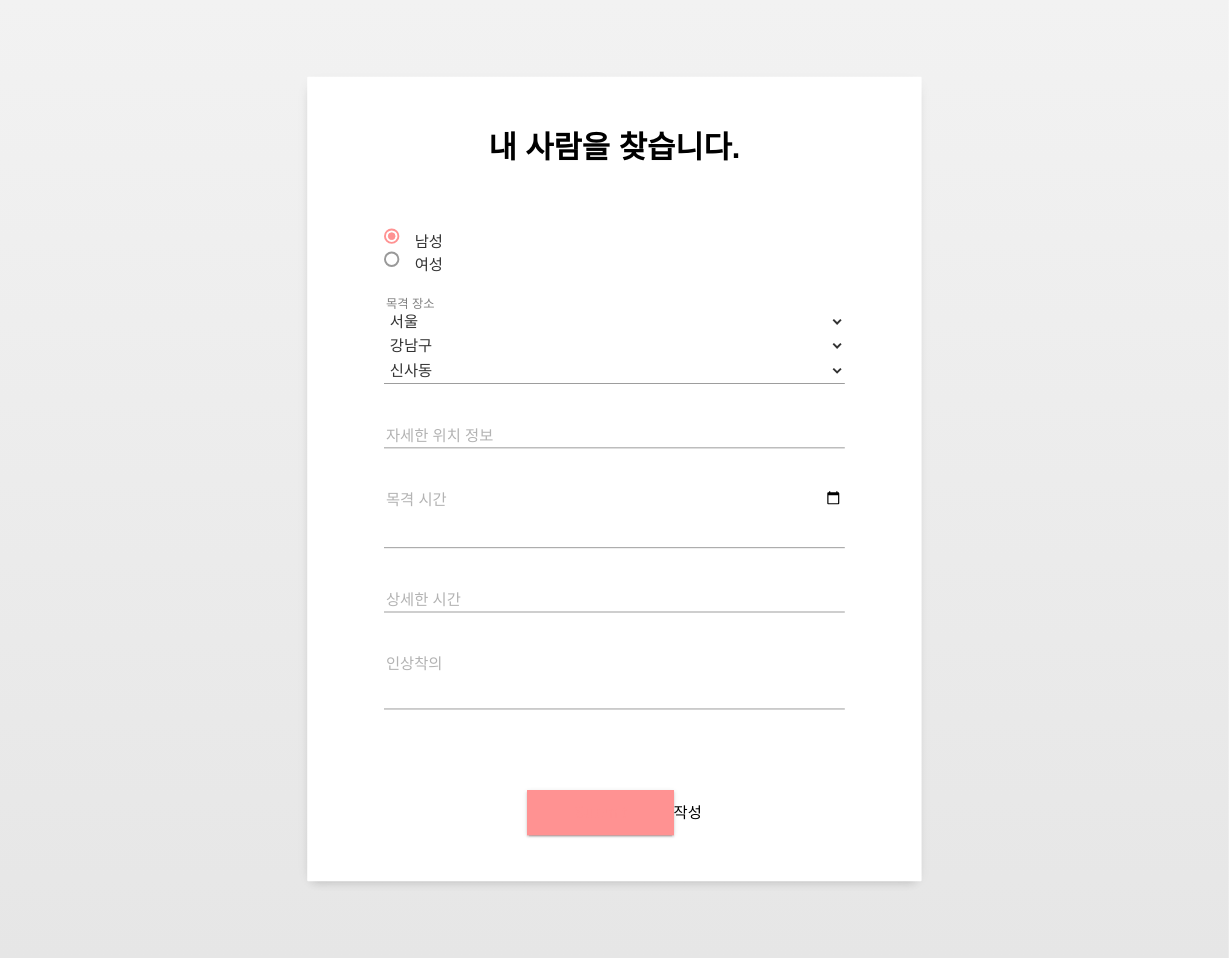
Repository: loone96/sendmylove
Page: sendMyLove1.0/src/main/webapp/board.html
An editor plug-in stored every save of this project. The page is shown before and after the next save, followed by the edit.
The browser window is 1280 px wide. The pictures show the whole page, at 96% of full size.
Some web fonts or font styles are not loaded; a fallback is used.

Above is the page before, as saved 2020-06-23 01:47:01.

### sendMyLove1.0/src/main/webapp/board.html
<!DOCTYPE html>
<html lang="en">

<head>
<meta charset="UTF-8">
<meta name="viewport" content="width=device-width, initial-scale=1.0">
<title>Document</title>
<link rel="stylesheet" href="css/board.css">
<link rel="stylesheet" href="https://cdnjs.cloudflare.com/ajax/libs/font-awesome/4.7.0/css/font-awesome.css"/>
</head>

<body>
<div class="container">
        <form action="insertBoard" method="post">
            <h1>내 사람을 찾습니다.</h1>
            <div class="form-radio">
                <div class="radio">
                    <label>
                        <input type="radio" name="gender" value="남성" checked="checked" /><i class="helper"></i>남성
                    </label>

                    <label>
                        <input type="radio" name="gender" value="여성"/><i class="helper"></i>여성
                    </label>
                </div>
            </div>


            <div class="form-group">

                <select name="sido" id="sido">
                    <option value="">-시도-</option>
                </select>
                <select name="gugun" id="gugun">
                    <option value="">-구군-</option>
                </select>
                <select name="dong" id="dong">
                    <option value="">-동-</option>
                </select>

                <label for="select" class="control-label">목격 장소</label><i class="bar"></i>
            </div>


            <div class="form-group">
                <input type="text" name="loc" required="required" />
                <label for="input" class="control-label">자세한 위치 정보</label><i class="bar"></i>
            </div>

            <div class="form-group">
                <input name="date" class="form-group" type="date" placeholder="Date" required name="date" value="2020-01-01T00:00">
                <label for="input" class="control-label">목격 시간</label><i class="bar"></i>
            </div>

            <div class="form-group">
                <input name="detailtime" type="text" required="required" />
                <label for="input" class="control-label">상세한 시간</label><i class="bar"></i>
            </div>


            <div class="form-group">
                <textarea required="required" name="detail"></textarea>
                <label for="textarea" class="control-label">인상착의</label><i class="bar"></i>
            </div>
            <div class="button-container">
                <input type="submit" class="button" onclick="location.href='insertBoard'"><span>작성</span></button>
            </div>
        </form>
    </div>

</body>
<script src="js/sojaeji.js"></script>

<script>
    sojaeji('서울', '강남구', '신사동');
</script>

</html>

### sendMyLove1.0/src/main/webapp/css/board.css
@font-face { font-family: 'Cafe24Oneprettynight'; src: url('https://cdn.jsdelivr.net/gh/projectnoonnu/noonfonts_twelve@1.1/Cafe24Oneprettynight.woff') format('woff'); font-weight: normal; font-style: normal; }
@import url(https://fonts.googleapis.com/css?family=Roboto);
body,
input,
select,
textarea,
body * {
  font-family: 'Cafe24Oneprettynight', sans-serif;
  box-sizing: border-box;
}
body::after, body::before,
input::after,
input::before,
select::after,
select::before,
textarea::after,
textarea::before,
body *::after,
body *::before {
  box-sizing: border-box;
}

body {
  background-image: -webkit-linear-gradient(top, #f2f2f2, #e6e6e6);
  background-image: linear-gradient(top, #f2f2f2, #e6e6e6);
}

h1 {
  font-size: 2rem;
  text-align: center;
  margin: 0 0 2em;
}

.container {
  position: relative;
  max-width: 40rem;
  margin: 5rem auto;
  background: #fff;
  width: 100%;
  padding: 3rem 5rem 0;
  border-radius: 1px;
}
.container::before {
  content: '';
  position: absolute;
  top: 0;
  left: 0;
  right: 0;
  bottom: 0;
  box-shadow: 0 8px 10px 1px rgba(0, 0, 0, 0.14), 0 3px 14px 2px rgba(0, 0, 0, 0.12), 0 5px 5px -3px rgba(0, 0, 0, 0.2);
  -webkit-transform: scale(0.98);
          transform: scale(0.98);
  -webkit-transition: -webkit-transform 0.28s ease-in-out;
  transition: -webkit-transform 0.28s ease-in-out;
  transition: transform 0.28s ease-in-out;
  transition: transform 0.28s ease-in-out, -webkit-transform 0.28s ease-in-out;
  z-index: -1;
}
.container:hover::before {
  -webkit-transform: scale(1);
          transform: scale(1);
}

.button-container {
  text-align: center;
}

fieldset {
  margin: 0 0 3rem;
  padding: 0;
  border: none;
}

.form-radio,
.form-group {
  position: relative;
  margin-top: 2.25rem;
  margin-bottom: 2.25rem;
}

.form-inline > .form-group,
.form-inline > .btn {
  display: inline-block;
  margin-bottom: 0;
}

.form-help {
  margin-top: 0.125rem;
  margin-left: 0.125rem;
  color: #b3b3b3;
  font-size: 0.8rem;
}
.checkbox .form-help, .form-radio .form-help, .form-group .form-help {
  position: absolute;
  width: 100%;
}
.checkbox .form-help {
  position: relative;
  margin-bottom: 1rem;
}
.form-radio .form-help {
  padding-top: 0.25rem;
  margin-top: -1rem;
}

.form-group input {
  height: 1.9rem;
}
.form-group textarea {
  resize: none;
}
.form-group select {
  width: 100%;
  font-size: 1rem;
  height: 1.6rem;
  padding: 0.125rem 0.125rem 0.0625rem;
  background: none;
  border: none;
  line-height: 1.6;
  box-shadow: none;
}
.form-group .control-label {
  position: absolute;
  top: 0.25rem;
  pointer-events: none;
  padding-left: 0.125rem;
  z-index: 1;
  color: #b3b3b3;
  font-size: 1rem;
  font-weight: normal;
  -webkit-transition: all 0.28s ease;
  transition: all 0.28s ease;
}
.form-group .bar {
  position: relative;
  border-bottom: 0.0625rem solid #999;
  display: block;
}
.form-group .bar::before {
  content: '';
  height: 0.125rem;
  width: 0;
  left: 50%;
  bottom: -0.0625rem;
  position: absolute;
  background: #ff9292;
  -webkit-transition: left 0.28s ease, width 0.28s ease;
  transition: left 0.28s ease, width 0.28s ease;
  z-index: 2;
}
.form-group input,
.form-group textarea {
  display: block;
  background: none;
  padding: 0.125rem 0.125rem 0.0625rem;
  font-size: 1rem;
  border-width: 0;
  border-color: transparent;
  line-height: 1.9;
  width: 100%;
  color: transparent;
  -webkit-transition: all 0.28s ease;
  transition: all 0.28s ease;
  box-shadow: none;
}
.form-group input[type="file"] {
  line-height: 1;
}
.form-group input[type="file"] ~ .bar {
  display: none;
}
.form-group select,
.form-group input:focus,
.form-group input:valid,
.form-group input.form-file,
.form-group input.has-value,
.form-group textarea:focus,
.form-group textarea:valid,
.form-group textarea.form-file,
.form-group textarea.has-value {
  color: #333;
}
.form-group select ~ .control-label,
.form-group input:focus ~ .control-label,
.form-group input:valid ~ .control-label,
.form-group input.form-file ~ .control-label,
.form-group input.has-value ~ .control-label,
.form-group textarea:focus ~ .control-label,
.form-group textarea:valid ~ .control-label,
.form-group textarea.form-file ~ .control-label,
.form-group textarea.has-value ~ .control-label {
  font-size: 0.8rem;
  color: gray;
  top: -1rem;
  left: 0;
}
.form-group select:focus,
.form-group input:focus,
.form-group textarea:focus {
  outline: none;
}
.form-group select:focus ~ .control-label,
.form-group input:focus ~ .control-label,
.form-group textarea:focus ~ .control-label {
  color: #ff9292;
}
.form-group select:focus ~ .bar::before,
.form-group input:focus ~ .bar::before,
.form-group textarea:focus ~ .bar::before {
  width: 100%;
  left: 0;
}

.checkbox label,
.form-radio label {
  position: relative;
  cursor: pointer;
  padding-left: 2rem;
  text-align: left;
  color: #333;
  display: block;
}
.checkbox input,
.form-radio input {
  width: auto;
  opacity: 0.00000001;
  position: absolute;
  left: 0;
}

.radio {
  margin-bottom: 1rem;
}
.radio .helper {
  position: absolute;
  top: -0.25rem;
  left: -0.25rem;
  cursor: pointer;
  display: block;
  font-size: 1rem;
  -webkit-user-select: none;
     -moz-user-select: none;
      -ms-user-select: none;
          user-select: none;
  color: #999;
}
.radio .helper::before, .radio .helper::after {
  content: '';
  position: absolute;
  left: 0;
  top: 0;
  margin: 0.25rem;
  width: 1rem;
  height: 1rem;
  -webkit-transition: -webkit-transform 0.28s ease;
  transition: -webkit-transform 0.28s ease;
  transition: transform 0.28s ease;
  transition: transform 0.28s ease, -webkit-transform 0.28s ease;
  border-radius: 50%;
  border: 0.125rem solid currentColor;
}
.radio .helper::after {
  -webkit-transform: scale(0);
          transform: scale(0);
  background-color: #ff9292;
  border-color: #ff9292;
}
.radio label:hover .helper {
  color: #ff9292;
}
.radio input:checked ~ .helper::after {
  -webkit-transform: scale(0.5);
          transform: scale(0.5);
}
.radio input:checked ~ .helper::before {
  color: #ff9292;
}

.checkbox {
  margin-top: 3rem;
  margin-bottom: 1rem;
}
.checkbox .helper {
  color: #999;
  position: absolute;
  top: 0;
  left: 0;
  width: 1rem;
  height: 1rem;
  z-index: 0;
  border: 0.125rem solid currentColor;
  border-radius: 0.0625rem;
  -webkit-transition: border-color 0.28s ease;
  transition: border-color 0.28s ease;
}
.checkbox .helper::before, .checkbox .helper::after {
  position: absolute;
  height: 0;
  width: 0.2rem;
  background-color: #ff9292;
  display: block;
  -webkit-transform-origin: left top;
          transform-origin: left top;
  border-radius: 0.25rem;
  content: '';
  -webkit-transition: opacity 0.28s ease, height 0s linear 0.28s;
  transition: opacity 0.28s ease, height 0s linear 0.28s;
  opacity: 0;
}
.checkbox .helper::before {
  top: 0.65rem;
  left: 0.38rem;
  -webkit-transform: rotate(-135deg);
          transform: rotate(-135deg);
  box-shadow: 0 0 0 0.0625rem #fff;
}
.checkbox .helper::after {
  top: 0.3rem;
  left: 0;
  -webkit-transform: rotate(-45deg);
          transform: rotate(-45deg);
}
.checkbox label:hover .helper {
  color: #ff9292;
}
.checkbox input:checked ~ .helper {
  color: #ff9292;
}
.checkbox input:checked ~ .helper::after, .checkbox input:checked ~ .helper::before {
  opacity: 1;
  -webkit-transition: height 0.28s ease;
  transition: height 0.28s ease;
}
.checkbox input:checked ~ .helper::after {
  height: 0.5rem;
}
.checkbox input:checked ~ .helper::before {
  height: 1.2rem;
  -webkit-transition-delay: 0.28s;
          transition-delay: 0.28s;
}

.radio + .radio,
.checkbox + .checkbox {
  margin-top: 1rem;
}

.has-error .legend.legend, .has-error.form-group .control-label.control-label {
  color: #d9534f;
}
.has-error.form-group .form-help,
.has-error.form-group .helper, .has-error.checkbox .form-help,
.has-error.checkbox .helper, .has-error.radio .form-help,
.has-error.radio .helper, .has-error.form-radio .form-help,
.has-error.form-radio .helper {
  color: #d9534f;
}
.has-error .bar::before {
  background: #d9534f;
  left: 0;
  width: 100%;
}

.button {
  position: relative;
  background: currentColor;
  border: 1px solid currentColor;
  font-size: 1.1rem;
  color: #ff9292;
  margin: 3rem 0;
  padding: 0.75rem 3rem;
  cursor: pointer;
  -webkit-transition: background-color 0.28s ease, color 0.28s ease, box-shadow 0.28s ease;
  transition: background-color 0.28s ease, color 0.28s ease, box-shadow 0.28s ease;
  overflow: hidden;
  box-shadow: 0 2px 2px 0 rgba(0, 0, 0, 0.14), 0 3px 1px -2px rgba(0, 0, 0, 0.2), 0 1px 5px 0 rgba(0, 0, 0, 0.12);
}
.button span {
  color: #fff;
  position: relative;
  z-index: 1;
}
.button::before {
  content: '';
  position: absolute;
  background: #071017;
  border: 50vh solid #ff9292;
  width: 30vh;
  height: 30vh;
  border-radius: 50%;
  display: block;
  top: 50%;
  left: 50%;
  z-index: 0;
  opacity: 1;
  -webkit-transform: translate(-50%, -50%) scale(0);
          transform: translate(-50%, -50%) scale(0);
}
.button:hover {
  color: #ff9292;
  box-shadow: 0 6px 10px 0 rgba(0, 0, 0, 0.14), 0 1px 18px 0 rgba(0, 0, 0, 0.12), 0 3px 5px -1px rgba(0, 0, 0, 0.2);
}
.button:active::before, .button:focus::before {
  -webkit-transition: opacity 0.28s ease 0.364s, -webkit-transform 1.12s ease;
  transition: opacity 0.28s ease 0.364s, -webkit-transform 1.12s ease;
  transition: transform 1.12s ease, opacity 0.28s ease 0.364s;
  transition: transform 1.12s ease, opacity 0.28s ease 0.364s, -webkit-transform 1.12s ease;
  -webkit-transform: translate(-50%, -50%) scale(1);
          transform: translate(-50%, -50%) scale(1);
  opacity: 0;
}
.button:focus {
  outline: none;
}

Loaded but not shown: sendMyLove1.0/src/main/webapp/js/sojaeji.js (library)

After the next save:
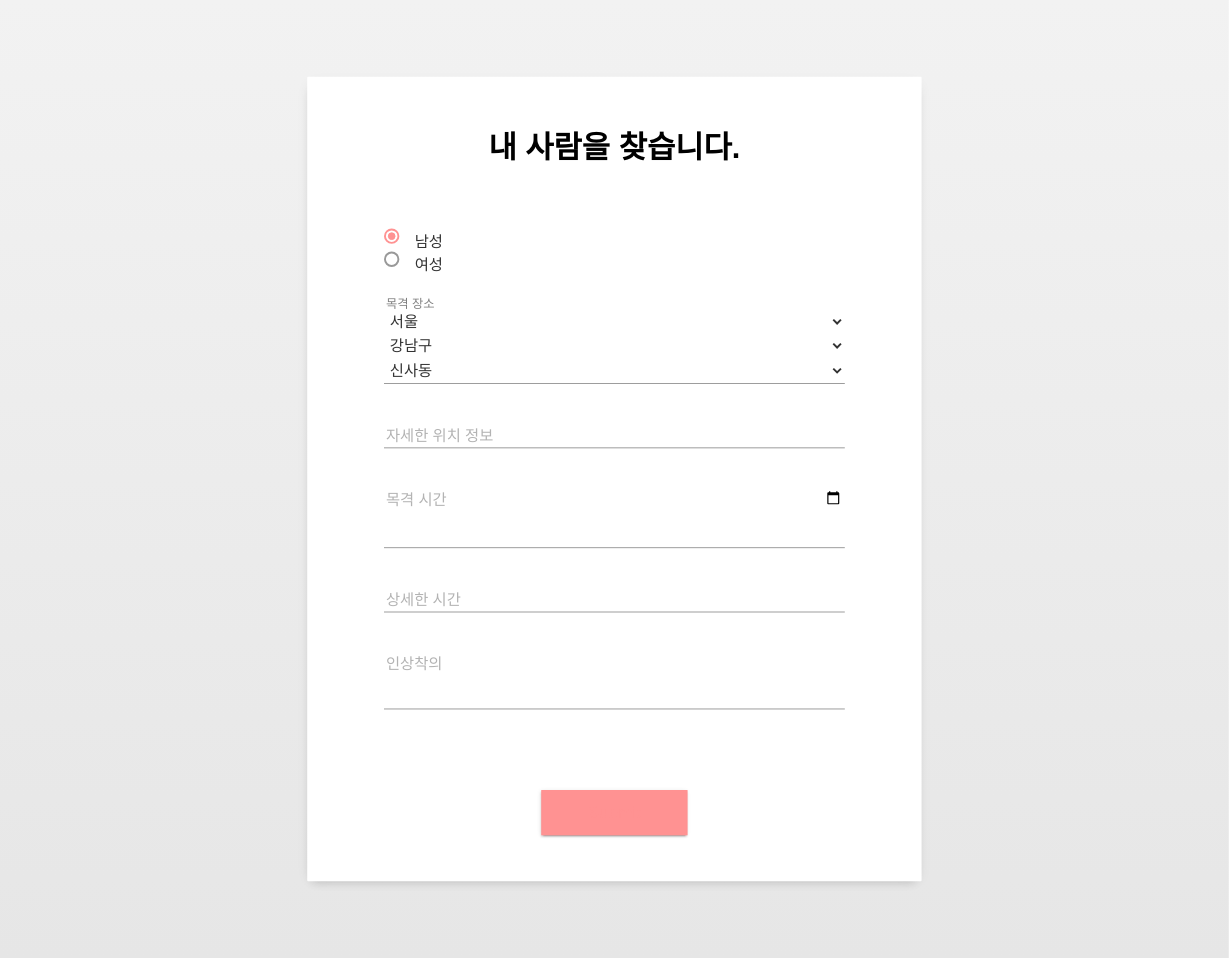
Saved 24 s later.
--- a/sendMyLove1.0/src/main/webapp/board.html
+++ b/sendMyLove1.0/src/main/webapp/board.html
@@ -63,8 +63,7 @@
                 <label for="textarea" class="control-label">인상착의</label><i class="bar"></i>
             </div>
             <div class="button-container">
-                <input type="submit" class="button" onclick="location.href='insertBoard'"><span>작성</span></button>
-            </div>
+                <input type="submit" class="button">
         </form>
     </div>
 
